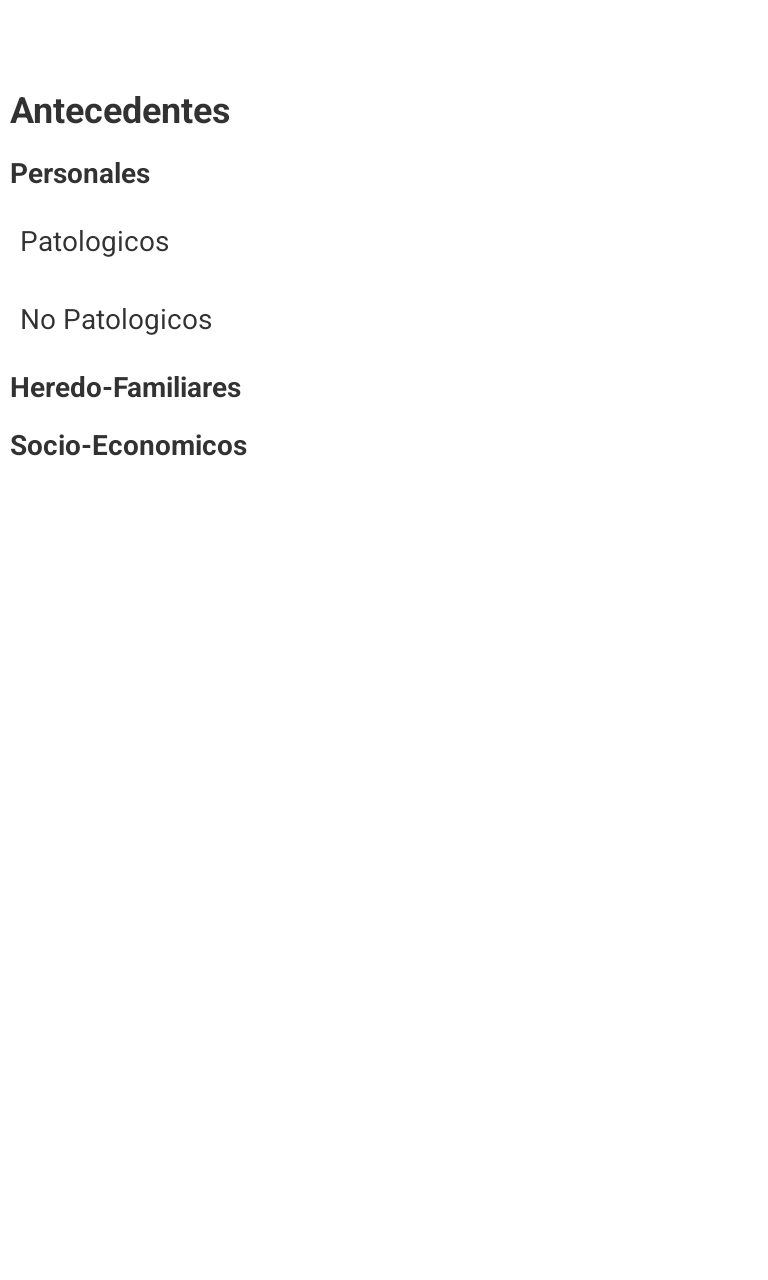
Repository: kakusio/AndoidMedics
Layout: NfcAndroidCliente/res/layout/historial_medico.xml
These files come from the project's save history. The layout is drawn as it stood at one moment and after the next save; the edit follows.
It is drawn on a 768 x 1280 px phone screen (xhdpi) without system bars, with theme AppTheme; the app's code is not run. Lists and similar views that code fills are empty.

Above is the layout before, as saved 2013-04-14 17:51:28.

### NfcAndroidCliente/res/layout/historial_medico.xml
<?xml version="1.0" encoding="UTF-8"?>
<LinearLayout xmlns:android="http://schemas.android.com/apk/res/android"
    android:layout_width="fill_parent"
    android:layout_height="fill_parent"
    android:orientation="vertical" >

    <RelativeLayout
        android:layout_width="match_parent"
        android:layout_height="wrap_content" >

        <TextView
            android:id="@+id/nombreUsuario"
            android:layout_width="match_parent"
            android:layout_height="wrap_content"
            android:layout_margin="5dp"
            android:textSize="20sp"
            android:textStyle="bold" />

        <TextView
            android:id="@+id/religionUsuario"
            android:layout_width="match_parent"
            android:layout_height="wrap_content"
            android:layout_margin="5dp" />

        <TextView
            android:id="@+id/edadUsuario"
            android:layout_width="match_parent"
            android:layout_height="wrap_content"
            android:layout_margin="5dp" />

        <TextView
            android:id="@+id/sexoUsuario"
            android:layout_width="match_parent"
            android:layout_height="wrap_content"
            android:layout_margin="5dp" />
    </RelativeLayout>

    <TextView
        android:id="@+id/antecedentesTest"
        android:layout_width="match_parent"
        android:layout_height="wrap_content"
        android:layout_margin="5dp"
        android:text="Antecedentes"
        android:textSize="18sp"
        android:textStyle="bold" />
    <LinearLayout
        android:id="@+id/antecedentesLaoyout"
        android:layout_width="match_parent"
        android:layout_height="wrap_content"
        android:orientation="vertical" >

        <TextView
            android:id="@+id/Personales"
            android:layout_width="match_parent"
            android:layout_height="wrap_content"
            android:layout_margin="5dp"
            android:text="Personales"
            android:textStyle="bold" />

        <LinearLayout
            android:id="@+id/personaleslayout"
            android:layout_width="match_parent"
            android:layout_height="wrap_content"
            android:orientation="vertical" >

            <TextView
                android:id="@+id/patologicos"
                android:layout_width="match_parent"
                android:layout_height="wrap_content"
                android:layout_margin="10dp"
                android:text="Patologicos" />

            <LinearLayout
                android:id="@+id/patologicosLayout"
                android:layout_width="match_parent"
                android:layout_height="wrap_content"
                android:orientation="vertical" >

                <ListView
                    android:id="@+id/patologicosList"
                    android:layout_width="match_parent"
                    android:layout_height="wrap_content" >
                </ListView>
            </LinearLayout>

            <TextView
                android:id="@+id/noPatologicos"
                android:layout_width="match_parent"
                android:layout_height="wrap_content"
                android:layout_margin="10dp"
                android:text="No Patologicos" />

            <LinearLayout
                android:id="@+id/noPatologicosLayout"
                android:layout_width="match_parent"
                android:layout_height="wrap_content"
                android:orientation="vertical" >

                <ListView
                    android:id="@+id/noPatologicosList"
                    android:layout_width="match_parent"
                    android:layout_height="wrap_content" >
                </ListView>
            </LinearLayout>
        </LinearLayout>

        <TextView
            android:id="@+id/heredoFamiliares"
            android:layout_width="match_parent"
            android:layout_height="wrap_content"
            android:layout_margin="5dp"
            android:text="Heredo-Familiares"
            android:textStyle="bold" />

        <LinearLayout
            android:id="@+id/heredoFamiliaresLayout"
            android:layout_width="match_parent"
            android:layout_height="wrap_content"
            android:orientation="vertical" >

            <ListView
                android:id="@+id/heredoFamiliaresList"
                android:layout_width="match_parent"
                android:layout_height="wrap_content" >
            </ListView>
        </LinearLayout>

        <TextView
            android:id="@+id/socioEconomicos"
            android:layout_width="match_parent"
            android:layout_height="wrap_content"
            android:layout_margin="5dp"
            android:text="Socio-Economicos"
            android:textStyle="bold" />

        <LinearLayout
            android:id="@+id/socioEconomicosLayout"
            android:layout_width="match_parent"
            android:layout_height="wrap_content"
            android:orientation="vertical" >

            <ListView
                android:id="@+id/socioEconomicosList"
                android:layout_width="match_parent"
                android:layout_height="wrap_content" >
            </ListView>
        </LinearLayout>
    </LinearLayout>

</LinearLayout>

Loaded but not shown: NfcAndroidCliente/res/values-v11/styles.xml (common file); NfcAndroidCliente/res/values-v14/styles.xml (common file); NfcAndroidCliente/res/values/styles.xml (common file)

After the next save:
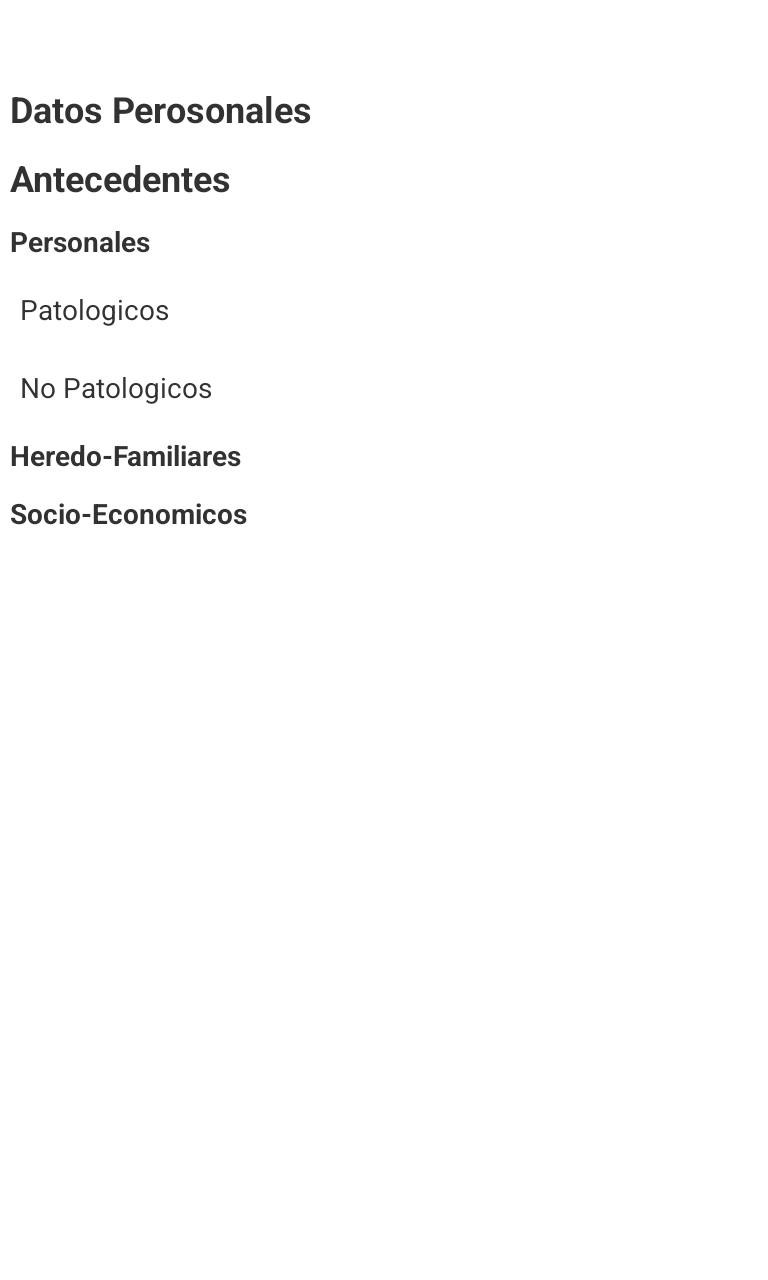
Saved 54 s later.
--- a/NfcAndroidCliente/res/layout/historial_medico.xml
+++ b/NfcAndroidCliente/res/layout/historial_medico.xml
@@ -36,6 +36,22 @@
     </RelativeLayout>
 
     <TextView
+        android:id="@+id/datosPerosonalesTest"
+        android:layout_width="match_parent"
+        android:layout_height="wrap_content"
+        android:layout_margin="5dp"
+        android:text="Datos Perosonales"
+        android:textSize="18sp"
+        android:textStyle="bold" />
+    <LinearLayout
+        android:id="@+id/datosPerosonalesLayout"
+        android:layout_width="match_parent"
+        android:layout_height="wrap_content"
+        android:orientation="vertical" >
+
+    </LinearLayout>
+
+    <TextView
         android:id="@+id/antecedentesTest"
         android:layout_width="match_parent"
         android:layout_height="wrap_content"
@@ -44,7 +60,7 @@
         android:textSize="18sp"
         android:textStyle="bold" />
     <LinearLayout
-        android:id="@+id/antecedentesLaoyout"
+        android:id="@+id/antecedentesLayout"
         android:layout_width="match_parent"
         android:layout_height="wrap_content"
         android:orientation="vertical" >
